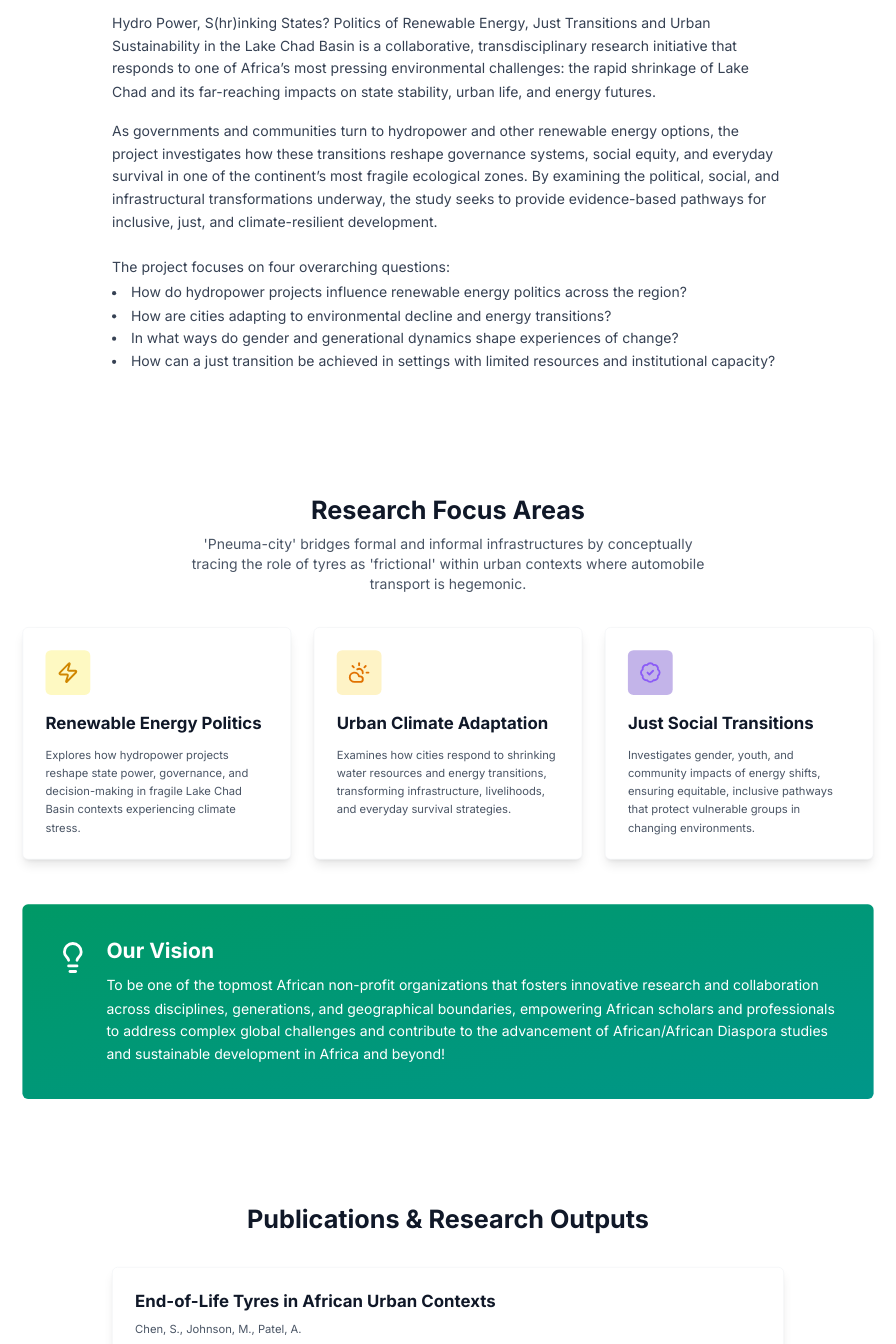
Repository: tiossdav/codesria
Page: /
An editor plug-in stored every save of this project. The page is shown before and after the next save, followed by the edit.
The browser window is 1280 px wide. The pictures show the part of the page from y = 927 to 2847 px (the page is 5119 px tall), at 70% of full size.
The project was rebuilt for these pictures with package versions that can differ from the ones it lists, and the page was loaded fresh each time. Also part of the build but not shown: vite.config.ts.

Above is the page before, as saved 2025-11-19 20:29:20.

After the next save:
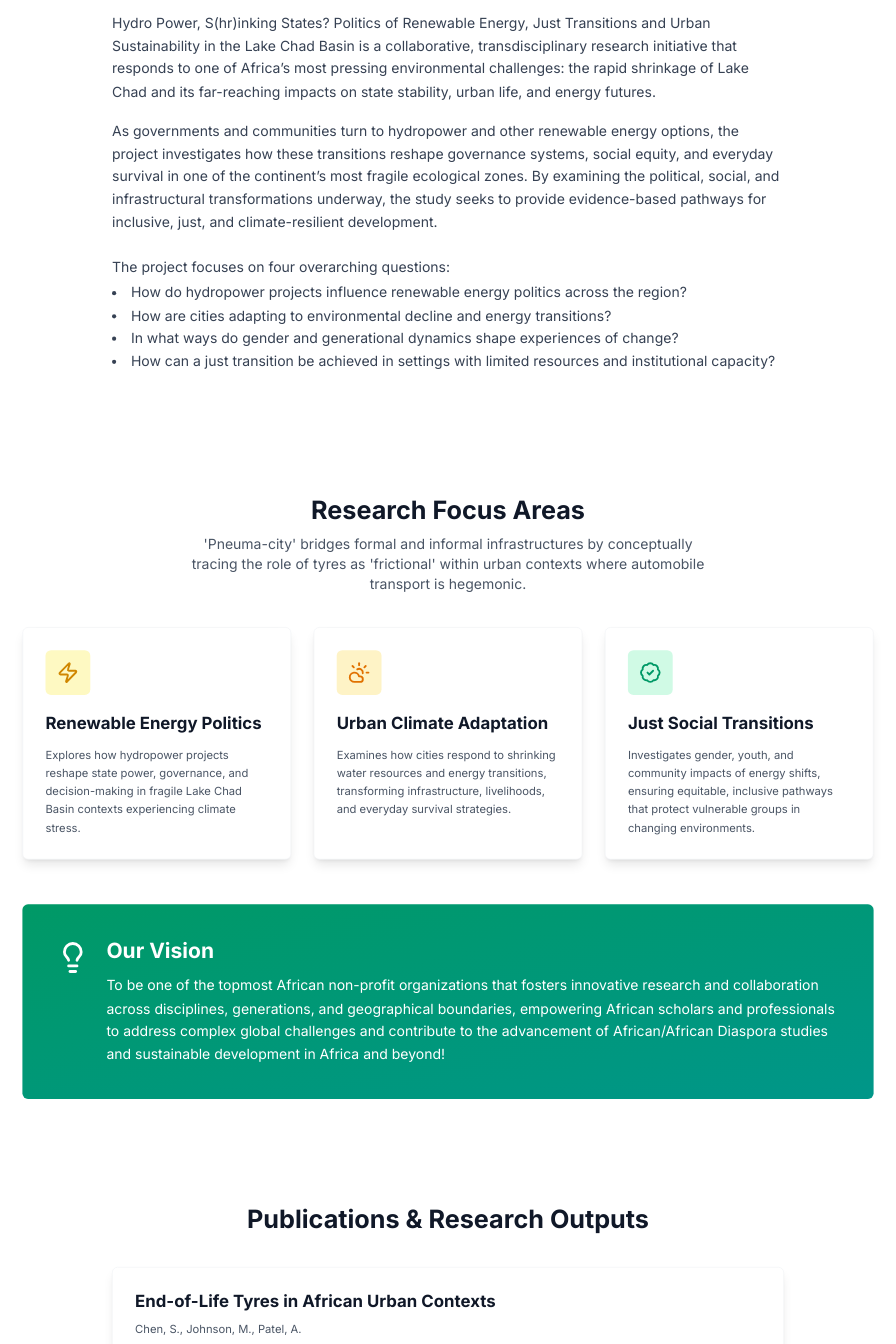
Saved 48 s later.
--- a/src/pages/Research.tsx
+++ b/src/pages/Research.tsx
@@ -50,8 +50,8 @@ function Research() {
         </div>
 
         <div className="bg-white p-8 rounded-lg shadow-lg border border-gray-100 hover:shadow-xl transition-shadow">
-          <div className="bg-[#c3b4e9] w-16 h-16 rounded-lg flex items-center justify-center mb-6">
-            <BadgeCheck className="h-8 w-8 text-[#8B5CF6]" />
+          <div className="bg-emerald-100 w-16 h-16 rounded-lg flex items-center justify-center mb-6">
+            <BadgeCheck className="h-8 w-8 text-emerald-600" />
           </div>
           <h3 className="text-2xl font-bold text-gray-900 mb-4">
             Just Social Transitions
